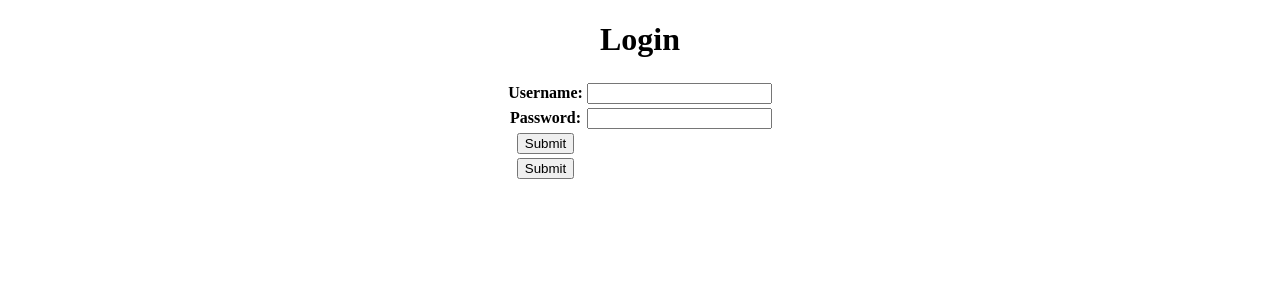
Repository: Sourabhmag/week-5
Page: http://localhost/LoginApp/login.jsp
An editor plug-in stored every save of this project. The page is shown before and after the next save, followed by the edit.
The browser window is 1280 px wide. The pictures show the whole page.
The page is served by Tomcat 9. Other server files are loaded and not shown.

Above is the page before, as saved 2019-11-06 10:40:09.

### LoginApp/WebContent/login.jsp
<%@ page language="java" contentType="text/html; charset=UTF-8"
	pageEncoding="UTF-8"%>
<!DOCTYPE html>
<html>
<head>
<style type="text/css">
	form {text-align:center;}
	table {text-align:center;}
	tr {text-align:center;}
	th {text-align:center;}
	h1 {text-align:center;}
</style>
<meta charset="UTF-8">
<title>Welcome to my Website</title>
</head>
<body>
	<h1>Login</h1>
	<form action="" method="get">
	<table align="center">
		<tr><th >Username:</th> <th ><input type="text" name="firstname"></th></tr>
		<tr><th >Password:</th> <th ><input type="password" name="firstname"></th></tr>
		<tr><th ><input type="submit" name="submit"></th></tr>
		<tr><th ><input type="submit" name="submit"></th></tr>






		</table>
	</form>
</body>
</html>

After the next save:
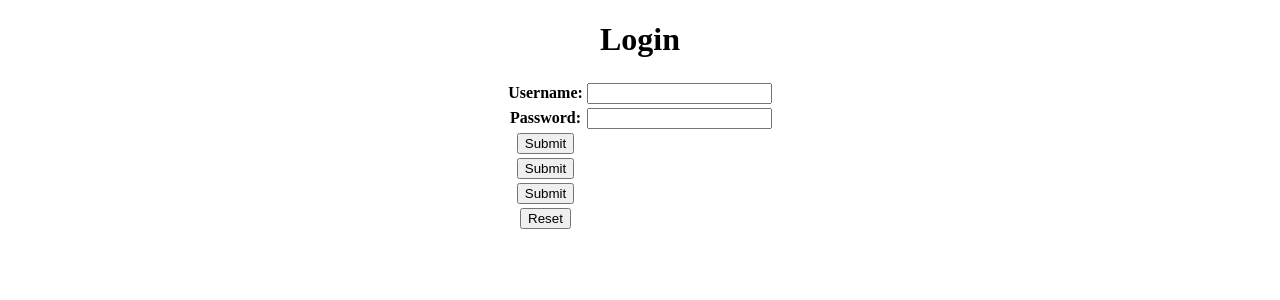
Saved 113 s later.
--- a/LoginApp/WebContent/login.jsp
+++ b/LoginApp/WebContent/login.jsp
@@ -21,7 +21,8 @@
 		<tr><th >Password:</th> <th ><input type="password" name="firstname"></th></tr>
 		<tr><th ><input type="submit" name="submit"></th></tr>
 		<tr><th ><input type="submit" name="submit"></th></tr>
-
+		<tr><th><button type="submit" value="Submit">Submit</button></th></tr>
+  		<tr><th><button type="reset" value="Reset">Reset</button></th></tr>
 
 
 
